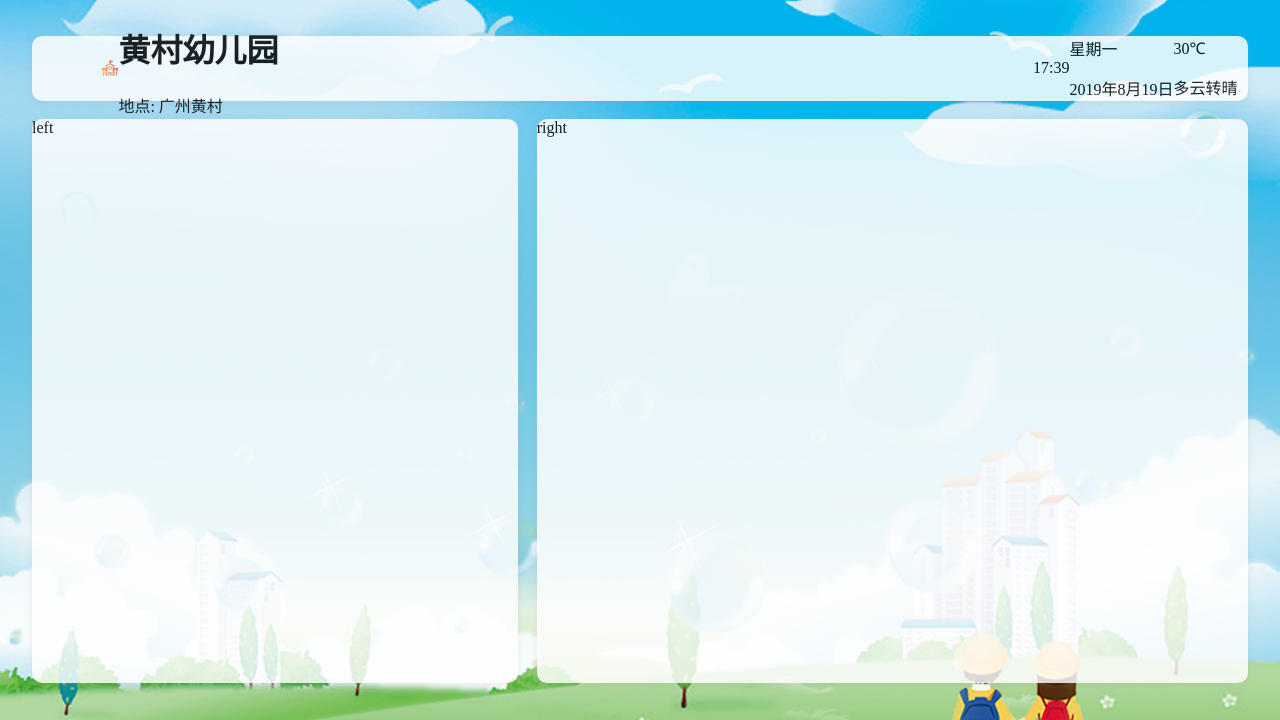
Repository: huangdesheng/classBrand
Page: / (app in classBrand/)
These files come from the project's save history. The page is drawn as it stood at one moment and after the next save; the edit follows.
The browser window is 1280 px wide. The pictures show the whole page.
The project was rebuilt for these pictures with package versions that can differ from the ones it lists, and the page was loaded fresh each time.

Above is the page before, as saved 2019-08-23 10:15:18.

After the next save:
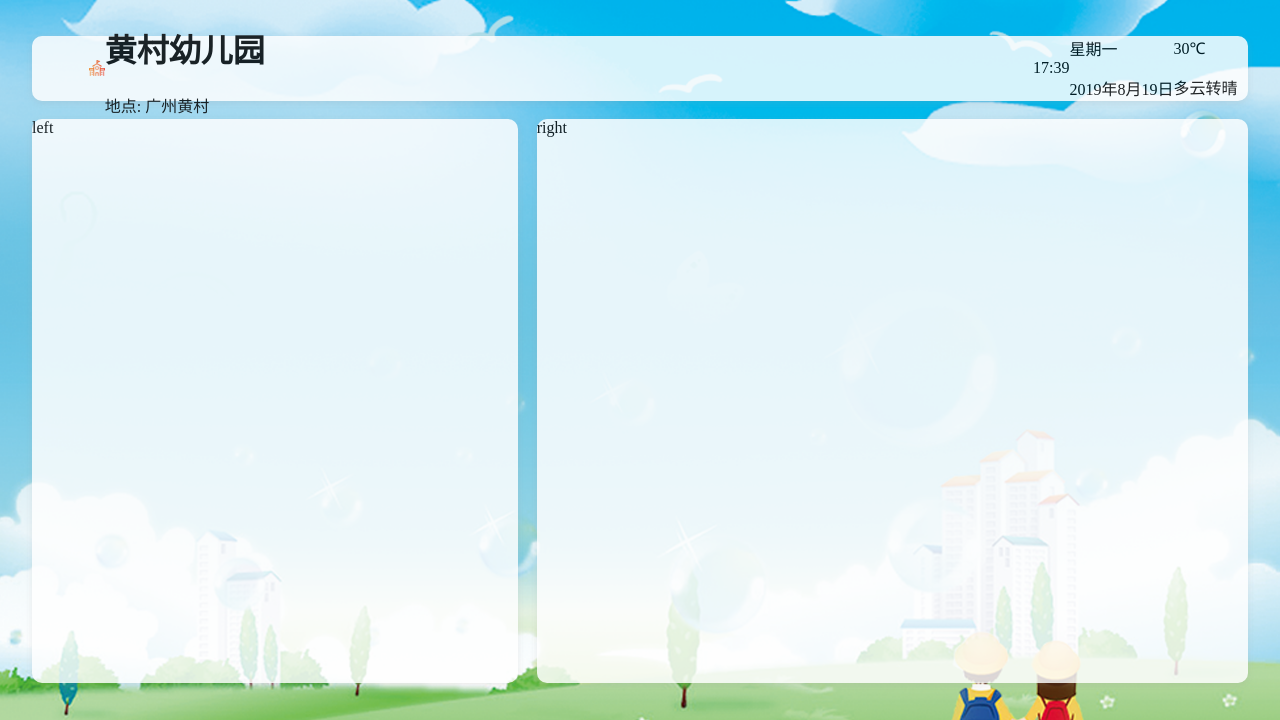
Saved 11 s later.
--- a/classBrand/src/views/index/index.vue
+++ b/classBrand/src/views/index/index.vue
@@ -73,7 +73,7 @@ export default {};
           > span {
             background: url(../../assets/icon/index.png);
             .img;
-            margin-left:20px;
+            margin-left: 0.4rem;
           }
         }
       }
